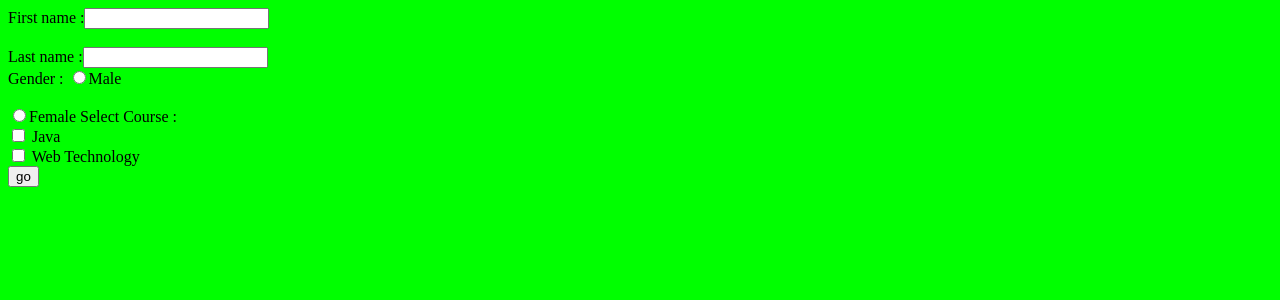
Repository: akale1992/Learning-HIBERNATE-SERVLETS
Page: jspdemo/WebContent/Welcome.html
These files come from the project's save history. The page is drawn as it stood at one moment and after the next save; the edit follows.
The browser window is 1280 px wide. The pictures show the whole page.

Above is the page before, as saved 2015-09-15 04:46:41.

After the next save:
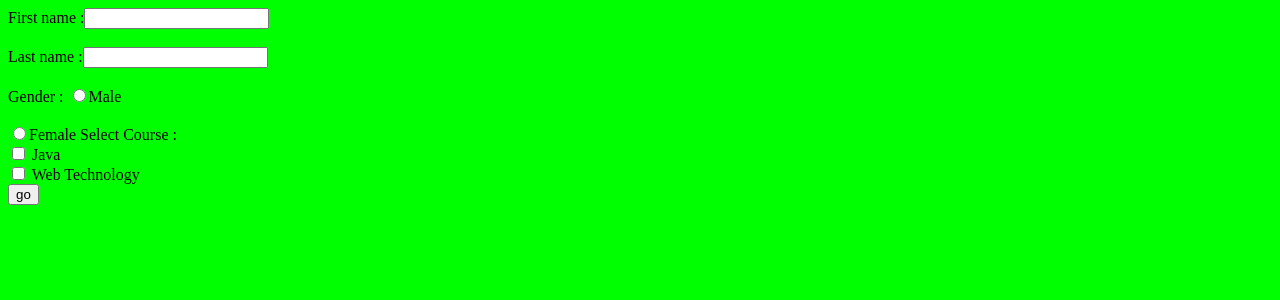
Saved 55 s later.
--- a/jspdemo/WebContent/Welcome.html
+++ b/jspdemo/WebContent/Welcome.html
@@ -7,7 +7,7 @@
 <body bgcolor="lime">
 <form action="index.jsp">
 First name :<input type="text" name="fname"><br><br>
-Last name  :<input type="text" name="lname"><br>
+Last name  :<input type="text" name="lname"><br><br>
 Gender : <input type="radio" value="male" name="r1">Male<br><br>
 <input type="radio" value="Female" name="r1">Female
 
